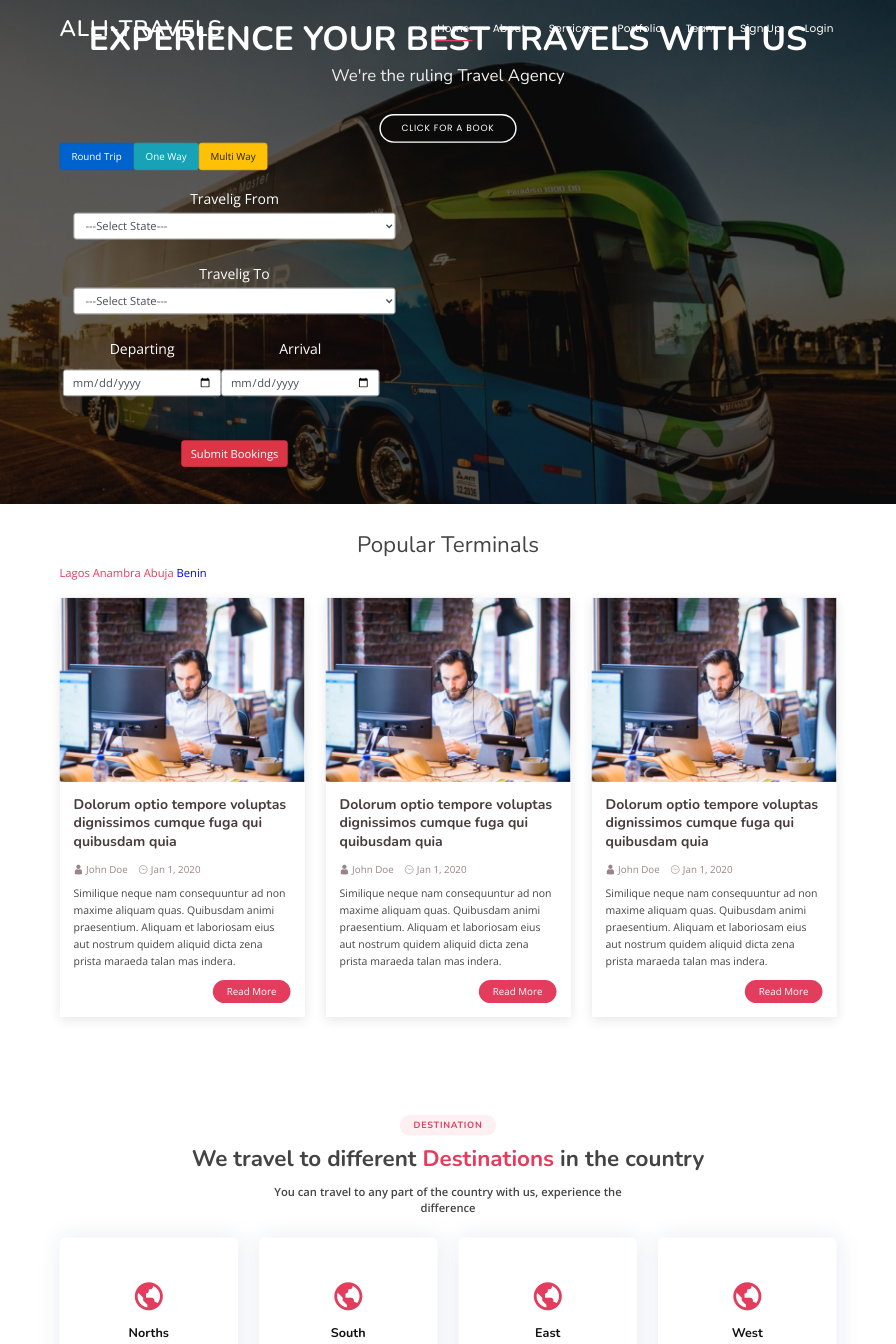
Repository: yazshrilld/Transport_Booking_system
Page: http://localhost/Transport_Project/admin/index.php
These files come from the project's save history. The page is drawn as it stood at one moment and after a run of saves; the edit follows.
The browser window is 1280 px wide. The pictures show the part of the page from y = 0 to 1920 px (the page is 7328 px tall), at 70% of full size.
Backgrounds fixed to the window are drawn as part of the page. The page is run by PHP 8.4 with error messages shown; the project is at /var/www/html/. Other server files are loaded and not shown. The database holds what the project's SQL file puts in it.

Above is the page before, as saved 2021-01-24 02:39:23.

### admin/home_check.php
<div>
    <form class="booking-form-box" method="POST" action="booking_1.php">
		<div class="booking-form-box">
		    <div class="booking-form">
		        <label>Travelig From</label>
			    <select name="state_from" class="form-control origin">
				        <option value="0">---Select State---</option>
				        <?php
					        $origin_query = mysqli_query($connection, "SELECT * FROM `origin`") ;
					        while($row = mysqli_fetch_array($origin_query)) {
						?>
						<option value="<?php echo $row['origin_id'] ?>"><?php echo $row['origin_state'] ?></option>
						<?php
					        }
				        ?>
			    </select><br />

			        <label>Travelig To</label>
			        <select name="state_to" class="form-control trip">
				        <option value="0">---Select State---</option>
			        </select><br />
			        <div class="row">
						<div class="input-grp col-xs-6">
							<label>Departing</label>
							<input type="date" class="form-control select-date"><br />
						</div>
						<div class="input-grp col-xs-6">
							<label>Arrival</label>
							<input type="date" class="form-control select-date">
						</div>
					</div>
                        <input type="hidden" value='view' name='action' class="form-control">
		            <div class="input-grp"><br>
		                <input type="submit" value="Submit Bookings" class="btn btn-danger">
		            </div>
		    </div>
		</div>
	</form>
</div>

### transport_project.sql (the tables this page reads)
CREATE TABLE `origin` (
  `origin_id` int(11) NOT NULL,
  `origin_state` varchar(255) NOT NULL
) ENGINE=InnoDB DEFAULT CHARSET=latin1;

INSERT INTO `origin` (`origin_id`, `origin_state`) VALUES
(1, 'fdhha'),
(2, 'Abuja'),
(3, 'Lagos'),
(4, 'Enugu'),
(5, 'dfgfd'),
(6, 'Abakaliki');

ALTER TABLE `origin`
  ADD PRIMARY KEY (`origin_id`);

ALTER TABLE `origin`
  MODIFY `origin_id` int(11) NOT NULL AUTO_INCREMENT, AUTO_INCREMENT=7;

CREATE TABLE `trips` (
  `trip_id` int(11) NOT NULL,
  `trip_origin_id` int(11) NOT NULL,
  `trip_state` varchar(255) NOT NULL,
  `trip_title` varchar(255) NOT NULL,
  `trip_cost` varchar(255) NOT NULL,
  `trip_dst` varchar(255) NOT NULL,
  `trip_image` varchar(255) NOT NULL,
  `trip_description` varchar(200) NOT NULL,
  `date_departure` date NOT NULL,
  `date_arrival` date NOT NULL
) ENGINE=InnoDB DEFAULT CHARSET=latin1;

INSERT INTO `trips` (`trip_id`, `trip_origin_id`, `trip_state`, `trip_title`, `trip_cost`, `trip_dst`, `trip_image`, `trip_description`, `date_departure`, `date_arrival`) VALUES
(1, 1, 'Lagos', 'Abuja - Asaba', '288', '200km', 'trip_img/b424cc1d2177a2862dcd057eb71b8d4fchickens-768x575.jpg', 'this trip is expeertrare', '0000-00-00', '0000-00-00'),
(2, 1, 'Ibadan', 'Abuja - Calabar', '288', '200km', 'trip_img/a47c85894012d452a0f5a65495ba04f5chickens-768x575.jpg', 'this trip is expeertrare', '0000-00-00', '0000-00-00'),
(3, 1, 'Abuja', 'Lagos - Akure', '288', '200km', 'trip_img/fe7e5cecab8fdf5b9204a1989346b7afanneliese-phillips-uv4-vl3liKM-unsplash.jpg', 'Enjoy your Journey', '0000-00-00', '0000-00-00'),
(4, 2, 'Asaba', 'Enugu - Owerri', '300', '50km', 'trip_img/e90a1a0970cfc7a5edceeca68f951f0dcoker-alafia.jpg', 'Eat your food as you journey', '0000-00-00', '0000-00-00'),
(5, 1, 'Enugu', 'Imo - osun', '600', '40', 'gfhsgsgsfg.jpg', 'sths iys zhz zda', '0000-00-00', '0000-00-00'),
(6, 1, 'Calabar', 'Jalingo - Sokoto', '466', '23', 'sdfgaesdh.jpg', 'awaaer adfghq qethh', '0000-00-00', '0000-00-00'),
(7, 1, 'kogi', 'kogi - lokoja', '345', '34km', 'kjfkjfk.jpg', 'dkfjkfjndjvn', '0000-00-00', '0000-00-00'),
(8, 0, '', '', '', '', '', '', '2023-01-02', '2021-12-31');

ALTER TABLE `trips`
  ADD PRIMARY KEY (`trip_id`);

ALTER TABLE `trips`
  MODIFY `trip_id` int(11) NOT NULL AUTO_INCREMENT, AUTO_INCREMENT=9;

Loaded but not shown: admin/assets/js/main.js (173 lines, source omitted); admin/assets/css/style.css (2028 lines, source omitted); admin/header.php (69 lines, source omitted); admin/css/font.css (111 lines, source omitted); admin/profile_check.php (33 lines, source omitted); admin/contact_check.php (33 lines, source omitted); admin/index.php (860 lines, source omitted)

After the next 5 saves:
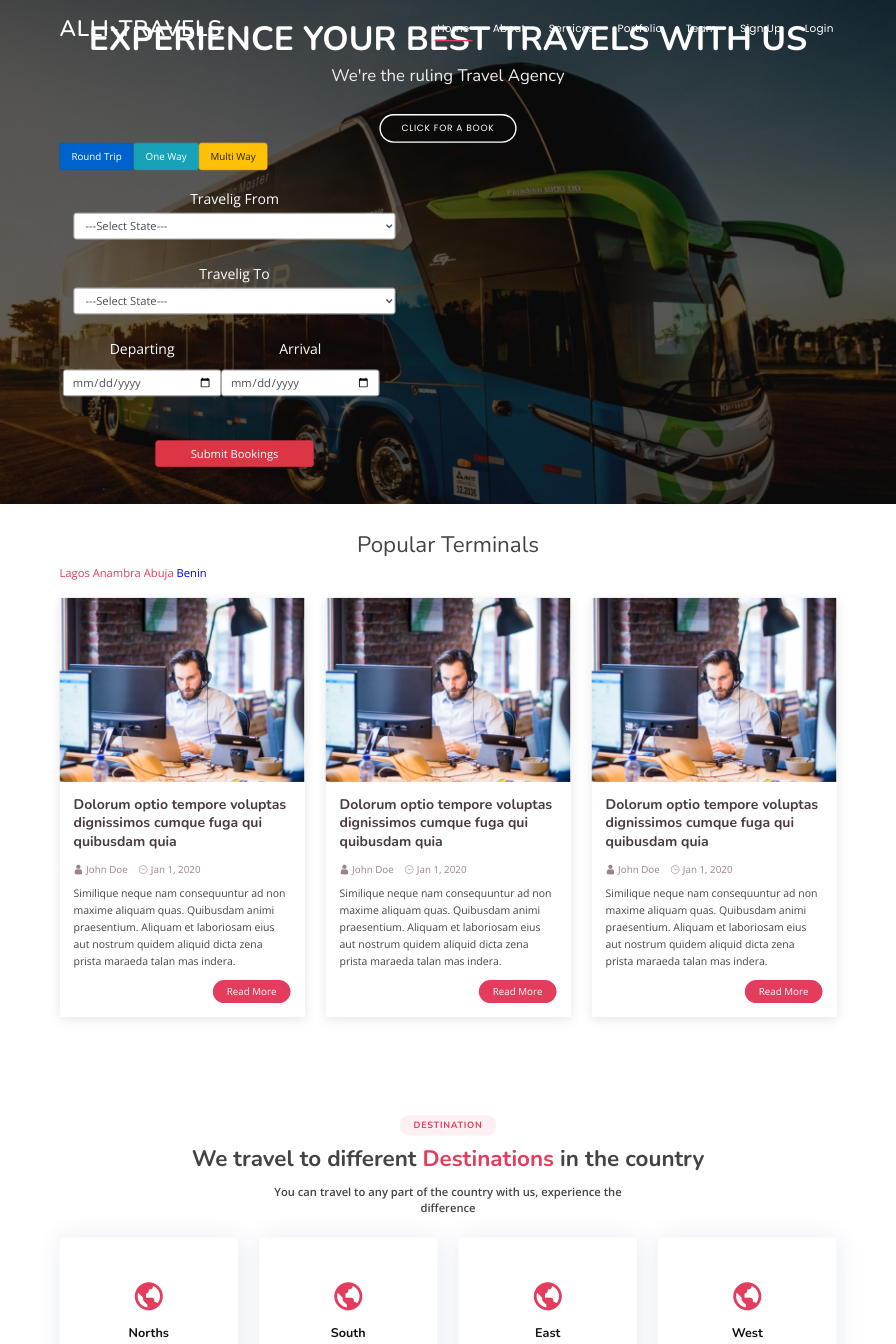
The 5 saves are shown as one change because they came seconds apart.
The last was saved 10 s later.
--- a/admin/home_check.php
+++ b/admin/home_check.php
@@ -31,7 +31,7 @@
 					</div>
                         <input type="hidden" value='view' name='action' class="form-control">
 		            <div class="input-grp"><br>
-		                <input type="submit" value="Submit Bookings" class="btn btn-danger">
+		                <input type="submit" value="Submit Bookings" class="btn btn-danger btn-block">
 		            </div>
 		    </div>
 		</div>
